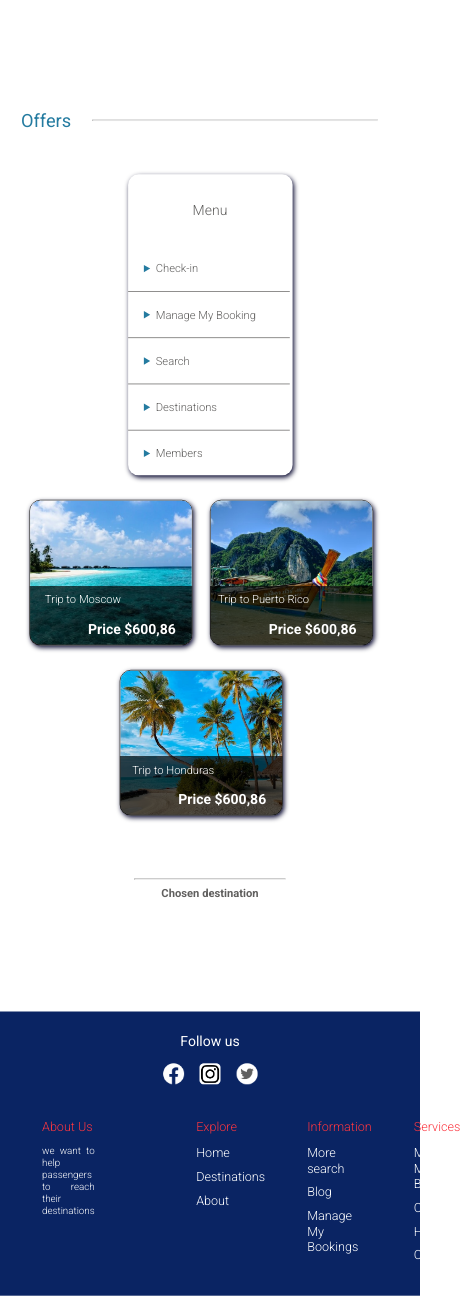
Repository: Cherced/AIRLINES
Page: /
An editor plug-in stored every save of this project. The page is shown before and after the next save, followed by the edit.
The browser window is 600 px wide. The page is 664 px wide, then 600 px, so the pictures cover 664 px, including what lies to the right of the window. The pictures show the part of the page from y = 480 to 2720 px (the page is 2331 px tall before and 2720 px after), at 70% of full size.
The project was rebuilt for these pictures with package versions that can differ from the ones it lists, and the page was loaded fresh each time. The framework's server and built-in components were replaced by stand-ins that run in the browser. Also part of the build but not shown: components/atoms/BannerStaff/Modal/SelectIdioms.jsx.

Above is the page before, as saved 2022-07-01 08:09:58.

### pages/_app.js
import '../sass/global.scss'
import {MenuFloatContextProvider} from "../components/atoms/BannerStaff/FloatMenuContext"

function MyApp({ Component, pageProps }) {
    return<MenuFloatContextProvider>
            <Component {...pageProps} />
          </MenuFloatContextProvider>
}

  export default MyApp

### sass/global.scss
@import "./settings";
@import "./Elements/banner";
@import "./Elements/offerts";
@import "./Elements/footer";

### components/molecules/Banner.jsx
import React from 'react'
import { Header } from '../atoms/BannerStaff/Header'
import { Promotion } from '../atoms/BannerStaff/Promotion'

export const Banner = () => {
  return (
    <main className="main-Banner--Container">
        <Header/>
        <Promotion/>
    </main>
  )
}

### components/molecules/Offers.jsx
import React from 'react'
import {TripsOffer} from '../atoms/Offerts/TripsOffer'
import { Menu } from '../atoms/Offerts/Menu'

export const Offers = () => {
  return (
    <section className="offers-Section--Container">
    <div className="offers-Title--Container">
        <h1>Offers</h1> <hr />
    </div>
    <div className="offers-BoxModel--Container">
        <div className="offers-BoxModel-Content">
        <TripsOffer/>
        <hr />
        <h3>Chosen destination</h3>
        </div>
        <Menu/>
    </div>
    </section>
  )
}

### components/molecules/Footer.jsx
import React from 'react'
import { SocialMedia } from '../atoms/Footer/SocialMedia'
import { MoreToUs } from '../atoms/Footer/MoreToUs'

export const Footer = () => {
  return (
    <footer className="Footer--Container">
        <SocialMedia/>
        <MoreToUs/>
    </footer>
  )
}

### components/atoms/BannerStaff/FloatMenu.jsx
import React from 'react'
import { useMenuFloatContext} from './FloatMenuContext'


export const FloatMenu = () => {
    const {menu, setMenu} = useMenuFloatContext();
  return (
    <nav className={ menu? ("FloatMenu--Container on"):("FloatMenu--Container off")}>
        <nav className="navBarFloat--Container">
        <button className="backButton" onClick={() => setMenu(false)}>
            <img src="images/arrow-down.png" alt="arrowBack"/>
        </button>
            <ul className="itmes-NavbarFloat--Container">
                <li><a>Home</a></li>
                <li><a>About</a></li>
                <li><a>Destinations</a></li>
                <li><a>Contact</a></li>
            </ul>
        </nav>
    </nav>
  )
}

### sass/_settings.scss
//fonts:
@import url('https://fonts.googleapis.com/css2?family=Inter:wght@100;200;300;500;600;700;800;900&family=Roboto:ital,wght@0,100;0,300;0,400;0,500;0,700;0,900;1,100;1,300;1,400;1,500;1,700;1,900&display=swap');

$preSetFont: 'Roboto', sans-serif;

*{
    box-sizing: border-box;
    margin: 0;
    padding: 0;
}

### sass/Elements/_banner.scss
@import "../components/Banner/header";
@import "../components/Banner/floatMenu";
@import "../components/Banner/promotion";
@import "../components/Banner/modalIdioms";

.main-Banner--Container {
    height: 475px;
    width: 100%;
    background-image: url("../../public/images/plane.jpg");
    background-size: cover;
    background-repeat: no-repeat;
    display: flex;
    flex-direction: column;
    align-items: center;
}

.idiomsShower {
    margin-top: 7px;
    z-index: 3;
    position: absolute;
    left: calc(100% - 130px);
    display: flex;

    .arrowButton--Modal {
        background: transparent;
        border: none;
        text-align: left;
        font: normal normal 400 18px/22px Roboto;
        letter-spacing: 0px;
        color: #FFFFFF;
        opacity: 1;
    }

    img {
        width: 25px;
        height: 25px;
    }
    .menu-Btn{
        display: none;
    }



}

.turn {

    .arrowImg--Modal {
        width: 25px;
        height: 25px;
        transform: rotate(180deg);
        transition: all 0.5s ease-in;
    }

}


.trass {

    .arrowImg--Modal{
        width: 25px;
        height: 25px;
        transform: rotate(-360deg);
        transition: all 0.5s ease-in;
    }

}

@media screen and (max-width: 768px) {
    .idiomsShower{
        left: calc(100% - 100px);
    }
}


@media screen and (max-width: 500px) {
    .idiomsShower{
        margin-top: 15px;
        left: calc(100% - 100px);
        .menu-Btn{
            display: block;
            margin-left: 15px;
            background: transparent;
            border: none;
        }

    }
}


@media screen and (max-width: 425px) {
    .idiomsShower{
        left: calc(100% - 100px);
    }
}

### sass/components/Banner/_header.scss
.header--Container {
    width: 90%;
    height: 70px;
    display: flex;
    align-items: center;
    justify-content: space-between;

    h1 {
        font-family: $preSetFont;
        font-size: 36px;
        text-align: left;
        color: white;
        letter-spacing: 0px;
    }

    .navBar--Container {
        color: white;
        opacity: 1;

        .itmes-Navbar--Container {
            list-style: none;
            display: flex;
            height: 70px;

            li {
                width: auto;
                padding: 40px 20px 0 20px;

                a {
                    font-family: $preSetFont;
                    font-size: 18px;
                    letter-spacing: 0px;
                }

                a:hover {
                    border-bottom: 2px solid white;
                }
            }
        }
    }
}


@media screen and (max-width: 500px) {
    .header--Container {
        .navBar--Container {
            display: none;
        }
    }
}


@media screen and (max-width: 425px) {
    .header--Container {
        width: 80%;
        height: 40px;
        display: flex;
        align-items: center;
        justify-content: space-between;
        flex-direction: column;

        h1 {
            font-family: $preSetFont;
            font-size: 36px;
            text-align: left;
            color: white;
            letter-spacing: 0px;
            margin-top: 10px;
            margin-right: 210px;
        }

        .navBar--Container {
            color: white;
            opacity: 1;

            .itmes-Navbar--Container {
                list-style: none;
                display: flex;
                height: 70px;

                li {
                    width: auto;
                    padding: 20px 10px 0 10px;

                    a {
                        font-family: $preSetFont;
                        font-size: 14px;
                        letter-spacing: 0px;
                    }

                    a:hover {
                        border-bottom: 2px solid white;
                    }
                }
            }
        }
    }
}



@media screen and (max-width: 320px) {
    .header--Container {
        width: 80%;
        height: 40px;
        display: flex;
        align-items: center;
        justify-content: space-between;
        flex-direction: column;

        h1 {
            font-family: $preSetFont;
            font-size: 36px;
            text-align: left;
            color: white;
            letter-spacing: 0px;
            margin-top: 10px;
            margin-right: 150px;
        }

        .navBar--Container {
            color: white;
            opacity: 1;

            .itmes-Navbar--Container {
                list-style: none;
                display: flex;
                height: 70px;

                li {
                    width: auto;
                    padding: 20px 10px 0 10px;

                    a {
                        font-family: $preSetFont;
                        font-size: 14px;
                        letter-spacing: 0px;
                    }

                    a:hover {
                        border-bottom: 2px solid white;
                    }
                }
            }
        }
    }

}

### sass/components/Banner/_floatMenu.scss
.FloatMenu--Container {
    width: 100%;
    height: 100vh;
    z-index: 10;

    .navBarFloat--Container {
        background: #FB3640;
        width: 100%;
        height: 100%;

        .backButton {
            width: 45px;
            height: 45px;
            position: absolute;
            margin-top: 40px;
            left: calc(100% - 80px);
            background: transparent;
            text-align: left;
            font-family: "Roboto", sans-serif;
            font-size: 31px;
            font-weight: 300;
            letter-spacing: 0px;
            opacity: 1;
            color: white;
            border-radius: 60px;
            display: flex;
            align-items: center;
            justify-content: center;

            img {
                width: 30px;
                height: 30px;
                transform: rotate(-90deg);
            }
        }

        .itmes-NavbarFloat--Container {
            display: flex;
            flex-direction: column;
            align-items: center;
            list-style: none;
            width: 100%;
            height: 100%;
            justify-content: space-evenly;

            li {
                width: 100%;
                height: 50px;
                display: flex;
                align-items: center;
                justify-content: center;

                a {
                    text-align: left;
                    font-family: "Roboto", sans-serif;
                    font-size: 31px;
                    font-weight: 300;
                    letter-spacing: 0px;
                    opacity: 1;
                    color: white;
                }

                a:hover {
                    border-bottom: 2px solid white;
                }
            }
        }
    }

}

.off {
    position: absolute;
    top: -795px;
    transition: all 1s ease-in
}

.on {
    position: absolute;
    top: 0;
    transition: all 1s ease-in
}

@media screen and (min-width: 500px) {
    .FloatMenu--Container {
        display: none;
    }
}

### sass/components/Banner/_promotion.scss
.promotions--Container {
    height: 405px;
    width: 90%;
    display: flex;
    flex-direction: column;
    align-items: flex-start;
    margin-top: 92px;

    h1 {
        text-align: left;
        font-family: $preSetFont;
        font-size: 31px;
        font-weight: 300;
        letter-spacing: 0px;
        opacity: 1;
        color: white;
    }

    p {
        width: 440px;
        text-align: left;
        font-family: $preSetFont;
        font-size: 18px;
        font-weight: 300;
        letter-spacing: 0px;
        color: #FFFFFF;
        opacity: 1;
    }

    .buyNowBtn {
        margin-top: 50px;
        background: #FB3640;
        width: 233px;
        height: 50px;
        font-family: $preSetFont;
        text-align: center;
        font: normal normal 500 20px/24px Roboto;
        letter-spacing: 0px;
        color: #FFFFFF;
        opacity: 1;
        border-radius: 60px;
        border: 1px solid red;
    }
}

@media screen and (max-width: 425px) {
    .promotions--Container {
        height: 405px;
        width: 80%;
        display: flex;
        flex-direction: column;
        align-items: center;
        margin-top: 92px;

        h1 {
            text-align: left;
            font-family: $preSetFont;
            font-size: 31px;
            font-weight: 300;
            letter-spacing: 0px;
            opacity: 1;
            color: white;
            margin-bottom: 30px;
        }

        p {
            width: 345px;
            text-align: left;
            font-family: "Roboto", sans-serif;
            font-size: 18px;
            font-weight: 300;
            letter-spacing: 0px;
            color: #FFFFFF;
            opacity: 1;
        }

        .buyNowBtn {
            margin-top: 50px;
            background: #FB3640;
            width: 233px;
            height: 50px;
            font-family: $preSetFont;
            text-align: center;
            font: normal normal 500 20px/24px Roboto;
            letter-spacing: 0px;
            color: #FFFFFF;
            opacity: 1;
            border-radius: 60px;
            border: 1px solid red;
        }
    }
}


@media screen and (max-width: 320px) {
    .promotions--Container {
        height: 405px;
        width: 80%;
        display: flex;
        flex-direction: column;
        align-items: center;
        margin-top: 92px;

        h1 {
            text-align: left;
            font-family: $preSetFont;
            font-size: 31px;
            font-weight: 300;
            letter-spacing: 0px;
            opacity: 1;
            color: white;
            margin-bottom: 30px;
        }

        p {
            width: 290px;
            text-align: left;
            font-family: "Roboto", sans-serif;
            font-size: 18px;
            font-weight: 300;
            letter-spacing: 0px;
            color: #FFFFFF;
            opacity: 1;
        }

        .buyNowBtn {
            margin-top: 50px;
            background: #FB3640;
            width: 233px;
            height: 50px;
            font-family: $preSetFont;
            text-align: center;
            font: normal normal 500 20px/24px Roboto;
            letter-spacing: 0px;
            color: #FFFFFF;
            opacity: 1;
            border-radius: 60px;
            border: 1px solid red;
        }
    }
}

### sass/components/Banner/_modalIdioms.scss
.ModalContainer {
    background-color: rgba(0, 0, 0, 0.5);
    display: flex;
    justify-content: center;
    align-items: center;
    box-shadow: 0px 10px 10px rgba(0, 0, 0, 8.5);
    position: fixed;
    top: -10px;
    left: -10px;
    right: -10px;
    bottom: -10px;

    .select-Idiom--Modal {
        position: absolute;
        top: 55px;
        left: calc(100% - 260px);
        width: 145px;
        height: 110px;
        background: white;
        display: flex;
        flex-direction: column;
        align-items: center;
        justify-content: center;
        list-style: none;
        text-align: left;
        border-radius: 15px;
        box-shadow: 2px 3px 8px #000029;

        li {
            width: 80%;
            text-align: left;
            font: normal normal normal 18px/22px Roboto;
            letter-spacing: 0px;
            color: #247BA0;
            opacity: 1;
            padding: 5px 0;
        }
    }
}

@media screen and (max-width: 768px) {
    .ModalContainer{
        .select-Idiom--Modal{
            left: calc(100% - 225px);
        }
    }
}


@media screen and (max-width: 425px) {
    .ModalContainer{
        .select-Idiom--Modal{
            left: calc(100% - 190px);
        }
    }
}

### sass/Elements/_footer.scss
@import "../components/Footer/socialMedia";
@import "../components/Footer/moreToUs";

.Footer--Container{
    width: 100%;
    height: 406px;
    background: #0A2463;
}

@media screen and (max-width: 425px) {
    .Footer--Container{
        height: 850px;
    }
}

### sass/components/Footer/_socialMedia.scss
.SocialMedia--Container {
    display: flex;
    flex-direction: column;
    width: 100%;
    align-items: center;
    justify-content: center;

    h1 {
        margin-top: 30px;
        text-align: left;
        font: normal normal 400 20px/24px Roboto;
        letter-spacing: 0px;
        color: #FFFFFF;
        opacity: 1;
    }

    .iconsSocialMedia--Container {
        margin-top: 20px;
        display: flex;
        width: 180px;
        justify-content: space-evenly;

        img {
            width: 30px;
            height: 30px;
        }
    }
}

@media screen and (max-width: 425px) {
    .SocialMedia--Container {
        margin-bottom: 20px;
    }
}

### sass/components/Footer/_moreToUs.scss
.footerNavBar--Container {
    display: flex;
    height: 60%;
    width: 100%;
    justify-content: space-around;
    align-items: center;

    .navbar-Item-Content {
        width: 90%;
        height: 100%;
        margin-top: 100px;
        margin-left: 60px;

        h1 {
            color: #FB3640;
            text-align: left;
            font: normal normal 300 18px/22px Roboto;
            letter-spacing: 0px;
            color: #FB3640;
            opacity: 1;
            margin-bottom: 15px;
        }

        p {
            text-align: left;
            font: normal normal 300 14px/17px Roboto;
            letter-spacing: 0px;
            color: #FFFFFF;
            opacity: 1;
            text-align: justify;
            padding-right: 85px;
        }

        ul {
            list-style-type: none;

            li {
                color: #FFFFFF;
                margin-bottom: 12px;

                a {
                    text-align: left;
                    font: normal normal 300 18px/22px Roboto;
                    letter-spacing: 0px;
                    color: #FFFFFF;
                    opacity: 1;
                }
            }
        }
    }
}

@media screen and (max-width: 425px) {
    .footerNavBar--Container {
        display: flex;
        height: 60%;
        width: 100%;
        justify-content: space-around;
        align-items: center;
        flex-wrap: wrap;
        .navbar-Item-Content {
            width: 90%;
            height: 150px;
            margin-top: 20px;
            margin-left: 70px;
        }
    }


}

### components/atoms/BannerStaff/Header.jsx
import React from 'react'

export const Header = () => {
  return (
    <header className="header--Container">
        <h1>AIRLINE</h1>
        <nav className="navBar--Container">
            <ul className="itmes-Navbar--Container">
                <li><a>Home</a></li>
                <li><a>About</a></li>
                <li><a>Destinations</a></li>
                <li><a>Contact</a></li>
            </ul>
        </nav>
    </header>
  )
}

### components/atoms/BannerStaff/Promotion.jsx
import React from 'react'

export const Promotion = () => {
  return (
    <div className="promotions--Container">
        <h1>Visit Canada with prices from $800</h1>
        <p>Prepare your bags and forget your worries</p>
        <p> to start enjoying your holidays in this fantastic country</p>
        <button className="buyNowBtn" type="button">BUY NOW</button>
    </div>
  )
}

### components/atoms/Offerts/TripsOffer.jsx
import React from 'react'

export const TripsOffer = () => {
  return (
    <div className="promotional-Cards--Container">
        <div className="promotionalCard">
            <img src="/images/moscow.jpg" alt="moscu"/>
            <div className="promotionalCard--Info">
                <p>
                Trip to Moscow
                </p>
                <h1>Price $600,86</h1>
            </div>
        </div>
        <div className="promotionalCard">
            <img src="/images/puerto-rico.jpg" alt="puerrtorro"/>
            <div className="promotionalCard--Info">
                <p>
                Trip to Puerto Rico
                </p>
                <h1>Price $600,86</h1>
            </div>
        </div>
        <div className="promotionalCard">
            <img src="/images/honduras.jpg" alt="honduras"/>
            <div className="promotionalCard--Info">
                <p>
                Trip to Honduras
                </p>
                <h1>Price $600,86</h1>
            </div>
        </div>
    </div>
  )
}

### components/atoms/Offerts/Menu.jsx
import React from 'react'

export const Menu = () => {
  return (
    <aside className="menuAside--Container">
        <h1>Menu</h1>
        <nav className="menuAside-Navbar--Container" id="EXPECIFFFYYY">
        <ul className="list-Items--Container">
            <li><a>Check-in</a></li>
            <li><a>Manage My Booking</a></li>
            <li><a>Search</a></li>
            <li><a>Destinations</a></li>
            <li><a>Members</a></li>
        </ul>
        </nav>
    </aside>
  )
}

### components/atoms/Footer/SocialMedia.jsx
import React from 'react'

export const SocialMedia = () => {
  return (
    <div className="SocialMedia--Container">
        <h1>Follow us</h1>
        <div className="iconsSocialMedia--Container">
            <img src="/images/facebook.png" alt="facebook" />
            <img src="/images/instagram.png" alt="instagram" />
            <img src="/images/twitter.png" alt="tweiter" />
        </div>
    </div>
  )
}

### components/atoms/Footer/MoreToUs.jsx
import React from 'react'

export const MoreToUs = () => {
  return (
    <section className="footerNavBar--Container">
        <nav className="navbar-Item-Content">
            <h1>About Us</h1>
            <p><a>we want to help passengers to reach their destinations</a></p>
        </nav>
        <nav className="navbar-Item-Content">
            <h1>Explore</h1>
            <ul>
                <li><a>Home</a></li>
                <li><a>Destinations</a></li>
                <li><a>About</a></li>
            </ul>
        </nav>
        <nav className="navbar-Item-Content">
            <h1>Information</h1>
            <ul>
            <li><a>More search</a></li>
            <li><a>Blog</a></li>
            <li><a>Manage My Bookings</a></li>
            </ul>
        </nav>
        <nav className="navbar-Item-Content">
            <h1>Services</h1>
            <ul>
            <li><a>Manage My Bookings</a></li>
            <li><a>Checkin</a></li>
            <li><a>Hotel</a></li>
            <li><a>Cars</a></li>
            </ul>
        </nav>
    </section>
  )
}

Loaded but not shown: pages/index.js (38 lines, source omitted); components/atoms/BannerStaff/FloatMenuContext.js (21 lines, source omitted); components/atoms/BannerStaff/Modal/ModalPortal.js (13 lines, source omitted); pages/_document.js (16 lines, source omitted); sass/Elements/_offerts.scss (585 lines, source omitted)

After the next save:
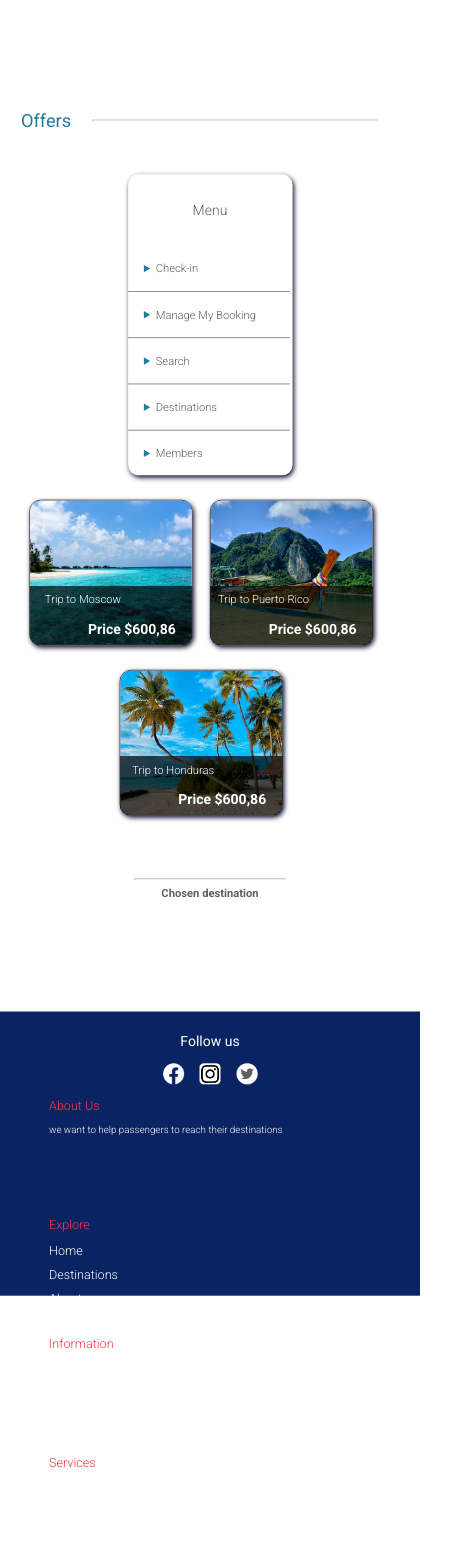
Saved 34 s later.
--- a/sass/components/Footer/_moreToUs.scss
+++ b/sass/components/Footer/_moreToUs.scss
@@ -50,6 +50,27 @@
     }
 }
 
+
+@media screen and (max-width: 640px) {
+    .footerNavBar--Container {
+        display: flex;
+        height: 60%;
+        width: 100%;
+        justify-content: space-around;
+        align-items: center;
+        flex-wrap: wrap;
+        .navbar-Item-Content {
+            width: 90%;
+            height: 150px;
+            margin-top: 20px;
+            margin-left: 70px;
+        }
+    }
+
+
+}
+
+
 @media screen and (max-width: 425px) {
     .footerNavBar--Container {
         display: flex;
